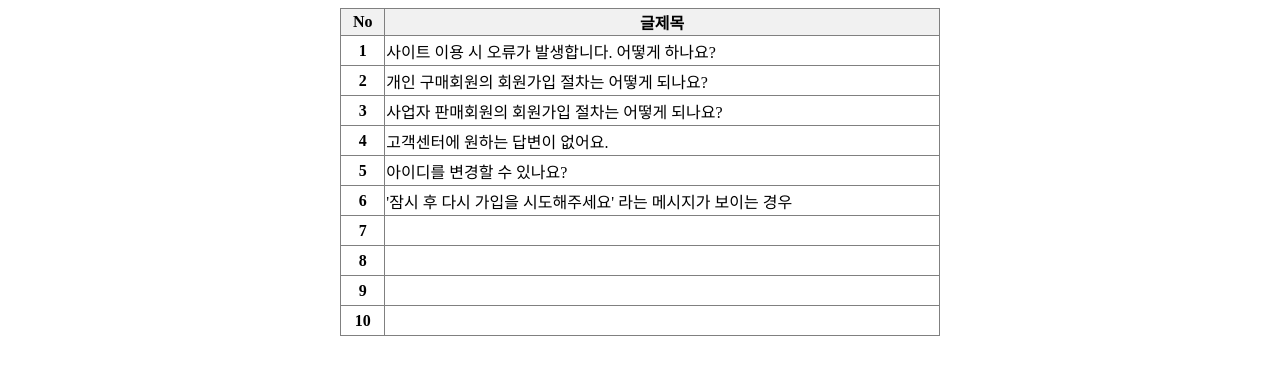
Repository: fellownew/project_workspace
Page: http://localhost/shoppingmall/WEB-INF/view/body/center/center_list.jsp
These files come from the project's save history. The page is drawn as it stood at one moment and after the next save; the edit follows.
The browser window is 1280 px wide. The pictures show the whole page.
The page is served by Tomcat 9. Nobody is signed in. Other server files are loaded and not shown. The template is opened directly, without the code that normally fills it, so the values that code supplies are empty.

Above is the page before, as saved 2015-06-16 06:02:41.

### shoppingmall/WebContent/WEB-INF/view/body/center/center_list.jsp
<%@ page contentType="text/html;charset=UTF-8"%>
<%@ taglib prefix="c" uri="http://java.sun.com/jsp/jstl/core" %>
<%@ taglib prefix="fn" uri="http://java.sun.com/jsp/jstl/functions" %>
<!DOCTYPE html>
<meta charset="UTF-8">
<style type="text/css">
.explain{
	display: none;

}

.explain pre{
	text-align: left;
	padding-left: 20px;
}

pre {
  word-wrap: break-word;
  white-space: -moz-pre-wrap;
  white-space: pre-wrap;
}

#tbody tr{
	height: 30px;
}

</style>
<script type="text/javascript" src="<%=request.getContextPath()%>/script/jquery.js"></script>
<script type="text/javascript">

$(document).ready(function(){
	$("tbody tr").on("click",function(){

		var count = 0;
		var tr_id = "#"+$(this).attr("id")+"_ex";
		if($(this).attr("value")==1){
				$(tr_id).show();
				$(this).attr({value:2});
		}else{
				$(tr_id).hide();
				$(this).attr({value:1});
		}

	});
	$("#tbody").on("mouseover","tr",function(){
		$("#tbody tr").css("background-color","white");
		$(this).css("background-color","#FFF1F1");
	});




});
</script>

<table style="width: 600px; table-layout:fixed; margin:0 auto;padding-top: 30px;padding-bottom: 30px;border-collapse: collapse;" border="1">
<colgroup>
				<col style="width: 8px;" />
				<col style="width: 100px;" />

</colgroup>
<tr style="background-color: #F1F1F1"><th>No</th><th>글제목</th></tr>
<tbody id="tbody">
	<tr id="1" value="1">
		<th>1</th>
		<td>
			사이트 이용 시 오류가 발생합니다. 어떻게 하나요?
		</td>
	</tr>
	<tr id="1_ex" class="explain">
		<td colspan="2" style="text-align: center;">
	<pre>
	사용 중인 PC의 문제 또는 네트워크연결, 서버 점검 등의 이유로
	일시적인 오류가 발생할 수 있습니다.

	자체적인 해결이 어렵다면 자세한 사유와 해결방안을 알아보실 수 있도록
	따옴몰 고객센터로 문의 주신다면 최선을 다해 상담해드리겠습니다.
	</pre>
		</td>
	</tr>
	<tr id="2" value="1">
	<th>2</th>
		<td>
			개인 구매회원의 회원가입 절차는 어떻게 되나요?
		</td>
	</tr>
	<tr id="2_ex" class="explain">
		<td colspan="2" style="text-align: center;">
	<pre >
	개인 구매회원 :
	1. id 정보 입력
		o id 중복확인
		o 비밀번호 입력/확인

	2. 개인정보 입력 :
		o 이름 입력
		o 주소 입력
		o 핸드폰번호 입력

	3. 인증정보 확인 :
		o 이메일 입력
		o 인증번호 확인
	</pre>
		</td>
	</tr>
	<tr id="3" value="1" >
		<th>3</th>
		<td>
			사업자 판매회원의 회원가입 절차는 어떻게 되나요?
		</td>
	</tr>
	<tr id="3_ex"  class="explain"><td colspan="2" style="text-align: center;">
<pre >
	사업자 판매회원 :
	1. id 정보 입력
		o id 중복확인
		o 비밀번호 입력/확인

	2. 개인정보 입력 :
		o 이름 입력
		o 성별 입력
		o 주소 입력
		o 핸드폰번호 입력

	3. 사업자 등록번호 :
		o 사업자 등록번호 입력

	4. 인증정보 확인 :
		o 이메일 입력
		o 인증번호 확인
	5. 승인 대기 :
		o 관리자 인증 대기
	6. 회원가입 완료 :
		o 회원가입
</pre>
	</td>
	</tr>
	<tr id="4" value="1">
		<th>4</th>
		<td>
			고객센터에 원하는 답변이 없어요.
		</td>
	</tr>
	<tr id="4_ex" class="explain">
		<td colspan="2" style="text-align: center;">
	<pre>
		관리자와의 1:1 문의는 쪽지를 이용하여 문의할 수 있습니다.
		'admin'으로 쪽지 문의해주세요.
	</pre>
		</td>
	</tr>
	<tr id="5" value="1" >
		<th>5</th>
		<td>
			아이디를 변경할 수 있나요?
		</td>
	<tr id="5_ex" class="explain">
		<td colspan="2" style="text-align: center;">
	<pre>
		Taom 에서는 보안 및 시스템상의 이유로,
		이미 등록하신 개인 및 단체 아이디는 변경하실 수 없습니다.

		번거로우시더라도 새로운 아이디로 다시 가입해 주세요.
	</pre>
		</td>
	</tr>
	<tr id="6" value="1">
	<th>6</th>
	<td>
	'잠시 후 다시 가입을 시도해주세요' 라는 메시지가 보이는 경우
	</td>
	</tr>
	<tr id="6_ex" class="explain">
	<td colspan="2" style="text-align: center;">
	<pre>
	Taom 에서는 동일한 IP에서 다수의 아이디가 가입하려고 하는 경우,

	극소수 익명 사용자의 대량 가입으로 인한,

	선의의 이용자들의 피해를 방지하기 위해 가입을 제한하고 있습니다.
	</pre>
	</td>
	</tr>
	<tr id="7" value="1">
	<th>7</th>
	<td>
	<!-- 제목입력 -->
	</td>
	</tr>
	<tr id="7_ex" class="explain">
	<td colspan="2" style="text-align: center;">
	<pre>
	<!-- 내용 입력 -->
	</pre>
	</td>
	</tr>
	<tr id="8" value="1">
	<th>8</th>
	<td><!-- 제목입력 -->
	</td>
	</tr>
	<tr id="8_ex" class="explain">
	<td colspan="2" style="text-align: center;">
	<pre>
	<!-- 내용 입력 -->
	</pre>
	</td>
	</tr>
	<tr id="9" value="1"><th>9</th><td><!-- 제목입력 --></td></tr>
	<tr id="9_ex" class="explain"><td colspan="2" style="text-align: center;"><pre>
	<!-- 내용 입력 -->
	</pre></td>
	</tr>
	<tr id="10" value="1"><th>10</th><td><!-- 제목입력 --></td></tr>
	<tr id="10_ex" class="explain"><td colspan="2" style="text-align: center;"><pre>
	<!-- 내용 입력 -->
	</pre></td>
	</tr>
</tbody>
</table>

Loaded but not shown: shoppingmall/WebContent/script/jquery.js (library)

After the next save:
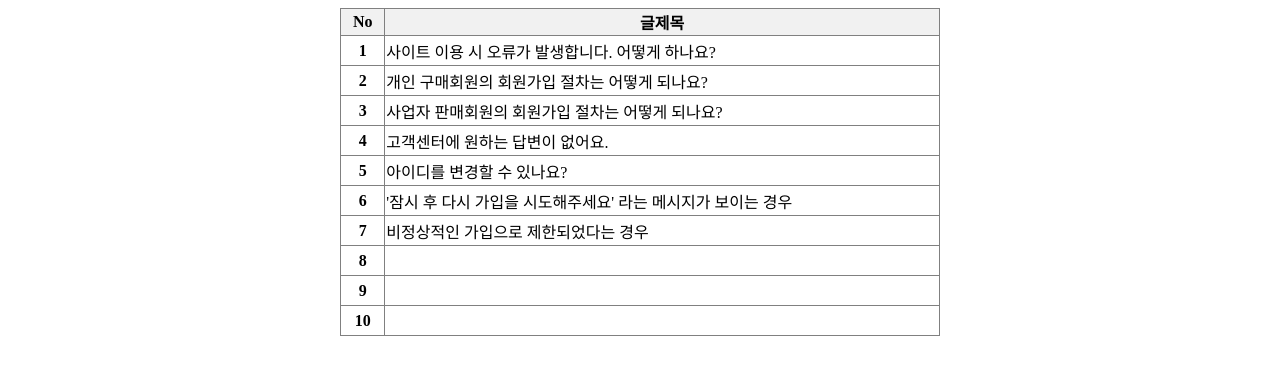
Saved 38 s later.
--- a/shoppingmall/WebContent/WEB-INF/view/body/center/center_list.jsp
+++ b/shoppingmall/WebContent/WEB-INF/view/body/center/center_list.jsp
@@ -184,7 +184,7 @@ $(document).ready(function(){
 	<tr id="7" value="1">
 	<th>7</th>
 	<td>
-	<!-- 제목입력 -->
+	비정상적인 가입으로 제한되었다는 경우
 	</td>
 	</tr>
 	<tr id="7_ex" class="explain">
